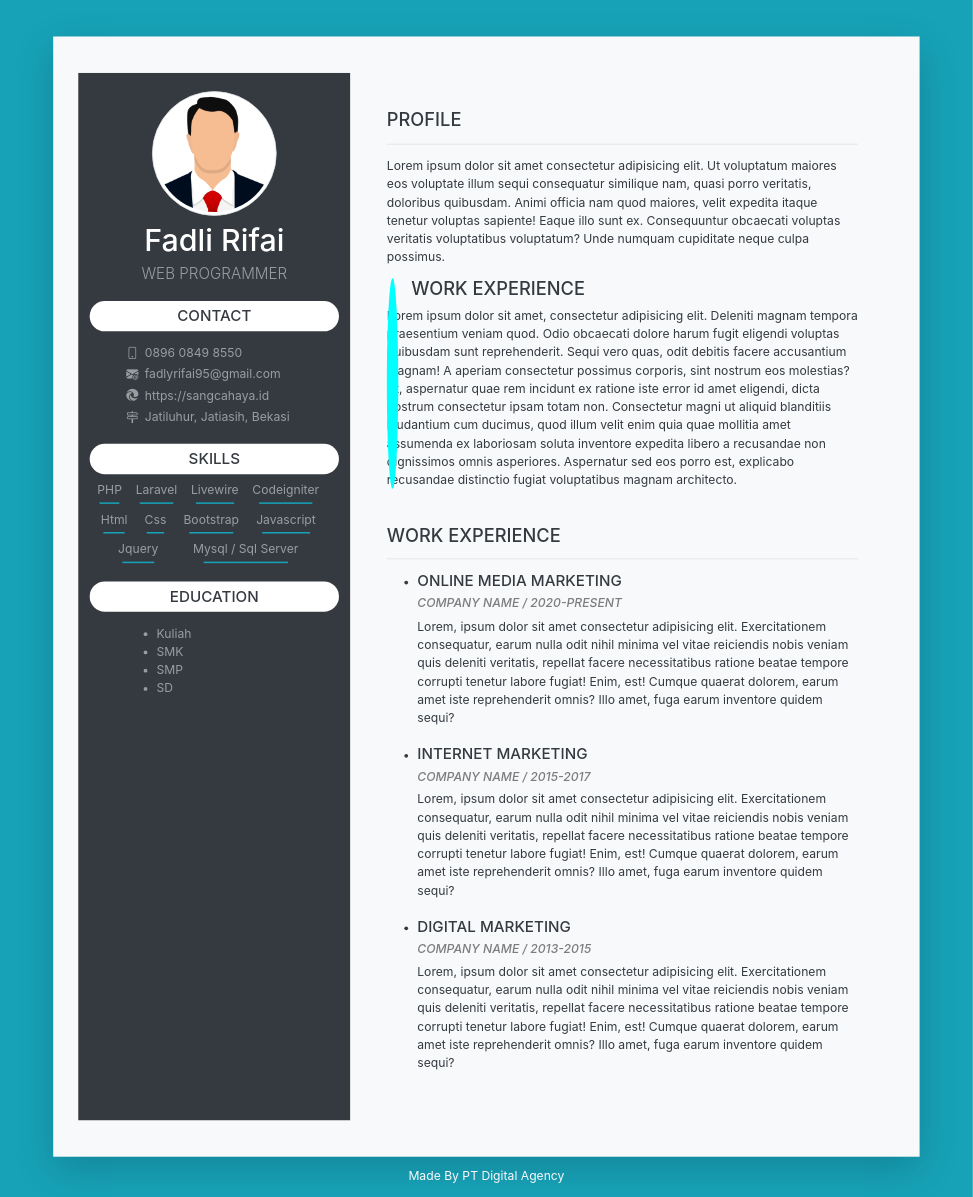
Repository: fadlyyy/fadlyyy.github.io
Page: index.html
These files come from the project's save history. The page is drawn as it stood at one moment and after the next save; the edit follows.
The browser window is 1280 px wide. The pictures show the whole page, at 76% of full size.

Above is the page before, as saved 2024-01-31 08:02:14.

### index.html
<!DOCTYPE html>
<html lang="en">

<head>
     <!-- Required meta tags -->
     <meta charset="utf-8" />
     <meta name="viewport" content="width=device-width, initial-scale=1, shrink-to-fit=no" />

     <!-- Bootstrap CSS -->
     <link rel="stylesheet" href="https://cdn.jsdelivr.net/npm/bootstrap@4.6.2/dist/css/bootstrap.min.css"
          integrity="sha384-xOolHFLEh07PJGoPkLv1IbcEPTNtaed2xpHsD9ESMhqIYd0nLMwNLD69Npy4HI+N" crossorigin="anonymous" />

     <!-- Icon -->
     <link rel="stylesheet" href="https://cdn.jsdelivr.net/npm/bootstrap-icons@1.11.3/font/bootstrap-icons.min.css" />

     <link rel="stylesheet" href="style.css" />

     <title>Hello, world!</title>
</head>

<body class="bg-info">
     <div class="container p-5 bg-light mt-5 mb-5 shadow shadow-lg">
          <div class="row">
               <div class="col-lg-4 bg-dark text-white text-center py-4">
                    <div class="header-left">
                         <img src="img/profile.png"
                              alt="" class="img-thumbnail rounded-circle mb-2 w-50 h-50" />
                         <h1 class="display-5">Fadli Rifai</h1>
                         <h4 class="lead text-uppercase text-white-50 mb-4">Web Programmer</h4>
                    </div>

                    <!-- general info -->
                    <div class="general-info">
                         <h5 class="text-uppercase bg-white text-dark py-2 rounded-pill">contact</h5>

                         <ul class="list-unstyled text-white-50 py-2 text-left ml-5">
                              <li class="list-item mb-1">
                                   <p>
                                        <i class="bi bi-phone mr-1"></i> 0896 0849 8550
                                   </p>
                              </li>
                              <li class="list-item mb-1 text-wrap w-75">
                                   <p>
                                        <i class="bi bi-envelope-at-fill mr-1"></i> fadlyrifai95@gmail.com
                                   </p>
                              </li>
                              <li class="list-item mb-1">
                                   <p>
                                        <i class="bi bi-browser-edge mr-1"></i> https://sangcahaya.id
                                   </p>
                              </li>
                              <li class="list-item">
                                   <i class="bi bi-signpost-2 mr-1"></i>
                                   Jatiluhur, Jatiasih, Bekasi
                              </li>
                         </ul>
                    </div>

                    <!-- skills -->
                    <div>
                         <h5 class="text-uppercase bg-white text-dark py-2 rounded-pill">skills</h5>
                         <ul class="list list-unstyled text-white-50 px-2 text-left text-capitalize list-skills">
                              <li class="list-item">PHP</li>
                              <li class="list-item">laravel</li>
                              <li class="list-item">livewire</li>
                              <li class="list-item">codeigniter</li>
                              <li class="list-item">html</li>
                              <li class="list-item">css</li>
                              <li class="list-item">bootstrap</li>
                              <li class="list-item">javascript</li>
                              <li class="list-item">jquery</li>
                              <li class="list-item">mysql / sql server</li>
                         </ul>
                    </div>

                    <!-- educations -->
                    <div>
                         <h5 class="text-uppercase bg-white text-dark py-2 rounded-pill">education</h5>
                         <ul class="list text-white-50 ml-5 py-2 text-left text-capitalize">
                              <li class="list-item">Kuliah</li>
                              <li class="list-item">SMK</li>
                              <li class="list-item">SMP</li>
                              <li class="list-item">SD</li>
                         </ul>
                    </div>
               </div>

               <div class="col-lg-8 bg-light text-dark py-5 px-5 right-side">
                    <div class="header-right">
                         <h4 class="text-uppercase">Profile</h4>
                         <hr />
                         <p>
                              Lorem ipsum dolor sit amet consectetur adipisicing elit. Ut voluptatum maiores eos
                              voluptate illum sequi consequatur similique nam, quasi porro veritatis, doloribus
                              quibusdam. Animi officia nam quod maiores, velit expedita
                              itaque tenetur voluptas sapiente! Eaque illo sunt ex. Consequuntur obcaecati voluptas
                              veritatis voluptatibus voluptatum? Unde numquam cupiditate neque culpa possimus.
                         </p>
                    </div>

                    <div class="work-experience">
                         <h4 class="text-uppercase">work experience</h4>
                         <p>Lorem ipsum dolor sit amet, consectetur adipisicing elit. Deleniti magnam tempora praesentium veniam quod. Odio obcaecati dolore harum fugit eligendi voluptas quibusdam sunt reprehenderit. Sequi vero quas, odit debitis facere accusantium magnam! A aperiam consectetur possimus corporis, sint nostrum eos molestias? At, aspernatur quae rem incidunt ex ratione iste error id amet eligendi, dicta nostrum consectetur ipsam totam non. Consectetur magni ut aliquid blanditiis laudantium cum ducimus, quod illum velit enim quia quae mollitia amet assumenda ex laboriosam soluta inventore expedita libero a recusandae non dignissimos omnis asperiores. Aspernatur sed eos porro est, explicabo recusandae distinctio fugiat voluptatibus magnam architecto.</p>
                    </div>

                    <div class="mt-5">
                         <h4 class="text-uppercase">work experience</h4>
                         <hr>

                         <ul class="list">
                              <li class="list-item">
                                   <h5 class="display-6 text-uppercase">online media marketing</h5>
                                   <h6 class="text-uppercase text-black-50 font-italic">company name / 2020-present</h6>
                                   <p>Lorem, ipsum dolor sit amet consectetur adipisicing elit. Exercitationem consequatur, earum nulla odit nihil minima vel vitae reiciendis nobis veniam quis deleniti veritatis, repellat facere necessitatibus ratione beatae tempore corrupti tenetur labore fugiat! Enim, est! Cumque quaerat dolorem, earum amet iste reprehenderit omnis? Illo amet, fuga earum inventore quidem sequi?</p>
                              </li>

                              <li class="list-item mt-4">
                                   <h5 class="display-6 text-uppercase">internet marketing</h5>
                                   <h6 class="text-uppercase text-black-50 font-italic">company name / 2015-2017</h6>
                                   <p>Lorem, ipsum dolor sit amet consectetur adipisicing elit. Exercitationem consequatur, earum nulla odit nihil minima vel vitae reiciendis nobis veniam quis deleniti veritatis, repellat facere necessitatibus ratione beatae tempore corrupti tenetur labore fugiat! Enim, est! Cumque quaerat dolorem, earum amet iste reprehenderit omnis? Illo amet, fuga earum inventore quidem sequi?</p>
                              </li>

                              <li class="list-item mt-4">
                                   <h5 class="display-6 text-uppercase">digital marketing</h5>
                                   <h6 class="text-uppercase text-black-50 font-italic">company name / 2013-2015</h6>
                                   <p>Lorem, ipsum dolor sit amet consectetur adipisicing elit. Exercitationem consequatur, earum nulla odit nihil minima vel vitae reiciendis nobis veniam quis deleniti veritatis, repellat facere necessitatibus ratione beatae tempore corrupti tenetur labore fugiat! Enim, est! Cumque quaerat dolorem, earum amet iste reprehenderit omnis? Illo amet, fuga earum inventore quidem sequi?</p>
                              </li>
                         </ul>
                    </div>
               </div>
          </div>
     </div>
     <!-- Optional JavaScript; choose one of the two! -->

     <!-- footer -->
     <div class="footer">
          <p class="text-light text-center text-capitalize" style="margin-top: -35px;">made by PT Digital Agency</p>
     </div>

     <!-- Option 1: jQuery and Bootstrap Bundle (includes Popper) -->
     <script src="https://cdn.jsdelivr.net/npm/jquery@3.5.1/dist/jquery.slim.min.js"
          integrity="sha384-DfXdz2htPH0lsSSs5nCTpuj/zy4C+OGpamoFVy38MVBnE+IbbVYUew+OrCXaRkfj"
          crossorigin="anonymous"></script>
     <script src="https://cdn.jsdelivr.net/npm/bootstrap@4.6.2/dist/js/bootstrap.bundle.min.js"
          integrity="sha384-Fy6S3B9q64WdZWQUiU+q4/2Lc9npb8tCaSX9FK7E8HnRr0Jz8D6OP9dO5Vg3Q9ct"
          crossorigin="anonymous"></script>

     <!-- Option 2: Separate Popper and Bootstrap JS -->
     <!--
    <script src="https://cdn.jsdelivr.net/npm/jquery@3.5.1/dist/jquery.slim.min.js" integrity="sha384-DfXdz2htPH0lsSSs5nCTpuj/zy4C+OGpamoFVy38MVBnE+IbbVYUew+OrCXaRkfj" crossorigin="anonymous"></script>
    <script src="https://cdn.jsdelivr.net/npm/popper.js@1.16.1/dist/umd/popper.min.js" integrity="sha384-9/reFTGAW83EW2RDu2S0VKaIzap3H66lZH81PoYlFhbGU+6BZp6G7niu735Sk7lN" crossorigin="anonymous"></script>
    <script src="https://cdn.jsdelivr.net/npm/bootstrap@4.6.2/dist/js/bootstrap.min.js" integrity="sha384-+sLIOodYLS7CIrQpBjl+C7nPvqq+FbNUBDunl/OZv93DB7Ln/533i8e/mZXLi/P+" crossorigin="anonymous"></script>
    -->
</body>

</html>

### style.css
.general-info ul li p {
    margin: 0;
}

.list-skills {
    display: flex;
    flex-wrap: wrap;
    justify-content: space-evenly;
    align-content: space-around;
}

.list-skills .list-item {
    margin-right: 1rem;
    padding-bottom: .5rem;
}

.list-skills .list-item::after {
    content: '';
    display: block;
    background-color: #17a2b8;
    width: 80%;
    height: 2px;
    margin: auto;
    margin-top: 5px;
}

.work-experience {
    position: relative;
}

.work-experience h4 {
    margin-left: 2rem;
}

.work-experience::before {
    content: '';
    display: block;
    position: absolute;
    width: 15px;
    height: 15px;
    background-color: aqua;
    border-radius: 50%;
}

.work-experience::before {
    content: '';
    display: block;
    position: absolute;
    width: 15px;
    height: 100%;
    background-color: aqua;
    border-radius: 50%;
}

/* Media Query */
/* Extra Large */
@media (max-width: 1200px) {

}

/* Laptop */
@media (max-width: 992px) {

}

/* Tablet */
@media (max-width: 768px) {

}

/* Mobile */
@media (max-width: 576px) {
    .right-side {
        padding-left: 0 !important;
        padding-right: 0 !important;
    }
}

After the next save:
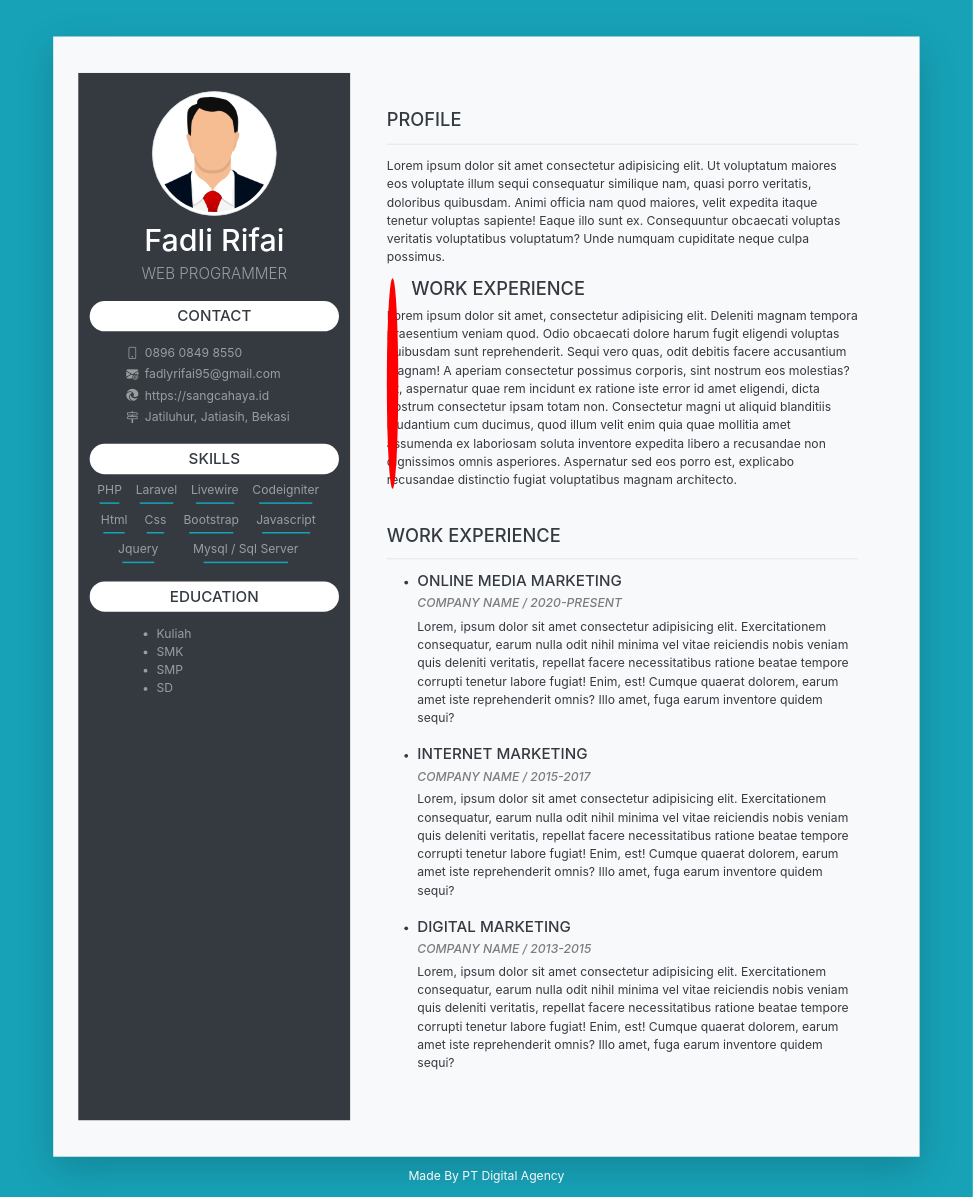
Saved 5 s later.
--- a/style.css
+++ b/style.css
@@ -48,7 +48,7 @@
     position: absolute;
     width: 15px;
     height: 100%;
-    background-color: aqua;
+    background-color: red;
     border-radius: 50%;
 }
 
